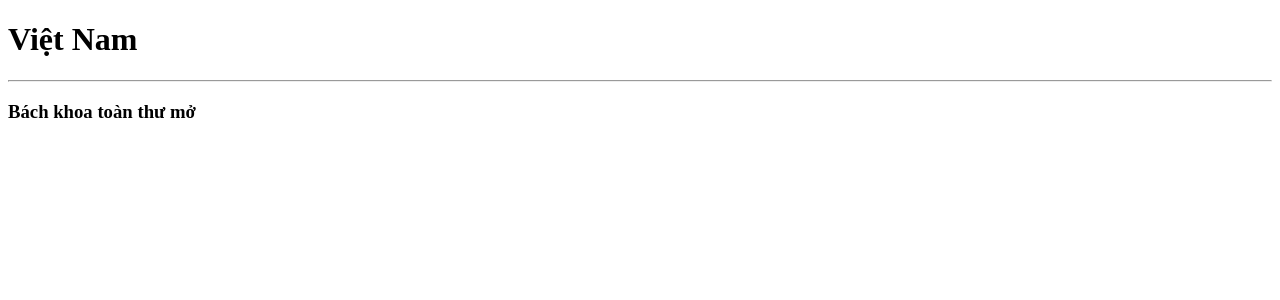
Repository: nguyenhung50497/MD2_cssCanBan
Page: dinhDangVanBanCSS/index.html
The author's editor kept a copy of each file at every save. The page is drawn from the files as they stood at one save, then again after a run of saves.
The browser window is 1280 px wide. The pictures show the whole page.

Above is the page before, as saved 2022-11-28 10:44:36.

### dinhDangVanBanCSS/index.html
<!DOCTYPE html>
<html lang="en">
<head>
    <meta charset="UTF-8">
    <meta http-equiv="X-UA-Compatible" content="IE=edge">
    <meta name="viewport" content="width=device-width, initial-scale=1.0">
    <link rel="stylesheet" href="main.css">
    <title>Document</title>
</head>
<body>
    <div>
        <h1>Việt Nam</h1>
        <hr>
        <h3>Bách khoa toàn thư mở </h3>
    </div>
</body>
</html>

Loaded but not shown: dinhDangVanBanCSS/main.css (no stored copy; drawn as an empty file)

After the next 3 saves:
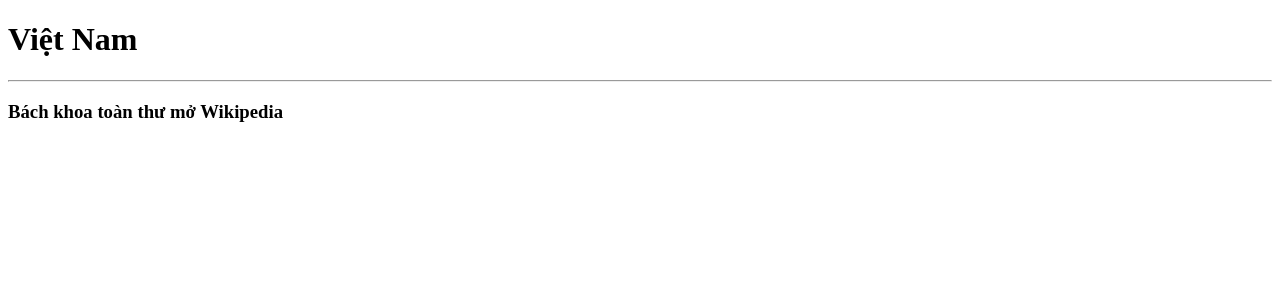
The 3 saves are shown as one change because they came seconds apart.
The last was saved 10 s later.
--- a/dinhDangVanBanCSS/index.html
+++ b/dinhDangVanBanCSS/index.html
@@ -11,7 +11,8 @@
     <div>
         <h1>Việt Nam</h1>
         <hr>
-        <h3>Bách khoa toàn thư mở </h3>
+        <h3>Bách khoa toàn thư mở Wikipedia</h3>
+        <p></p>
     </div>
 </body>
 </html>
